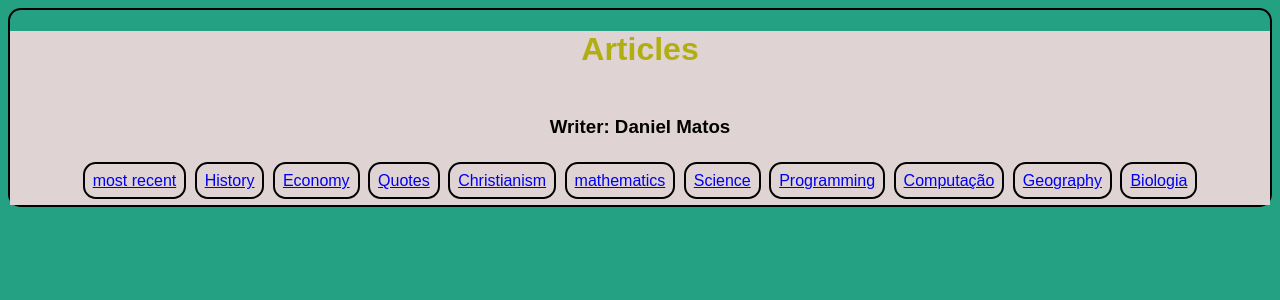
Repository: batmit/FutureFundation.github.io-1
Page: menu/articles/articles.html
An editor plug-in stored every save of this project. The page is shown before and after the next save, followed by the edit.
The browser window is 1280 px wide. The pictures show the whole page.

Above is the page before, as saved 2021-11-04 12:31:48.

After the next save:
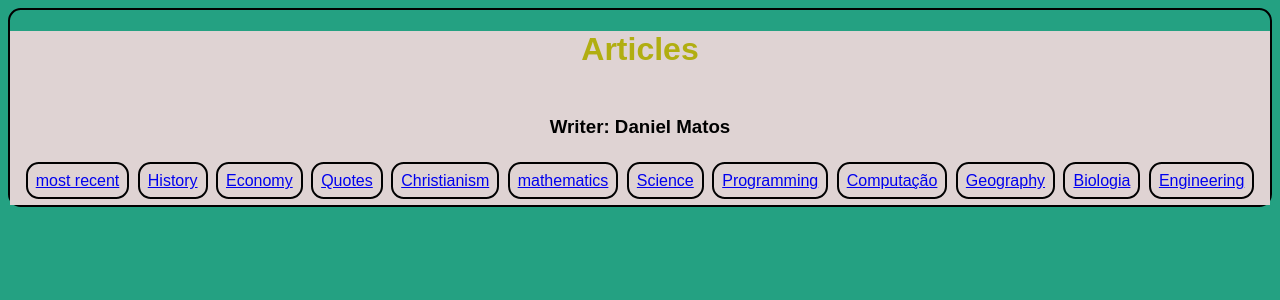
Saved 45 s later.
--- a/menu/articles/articles.html
+++ b/menu/articles/articles.html
@@ -48,6 +48,8 @@
 
             <a href="./biologia/biologia.html">Biologia</a>
 
+            <a href="./engineering/engineering.html">Engineering</a>
+
         </div>
 
 
